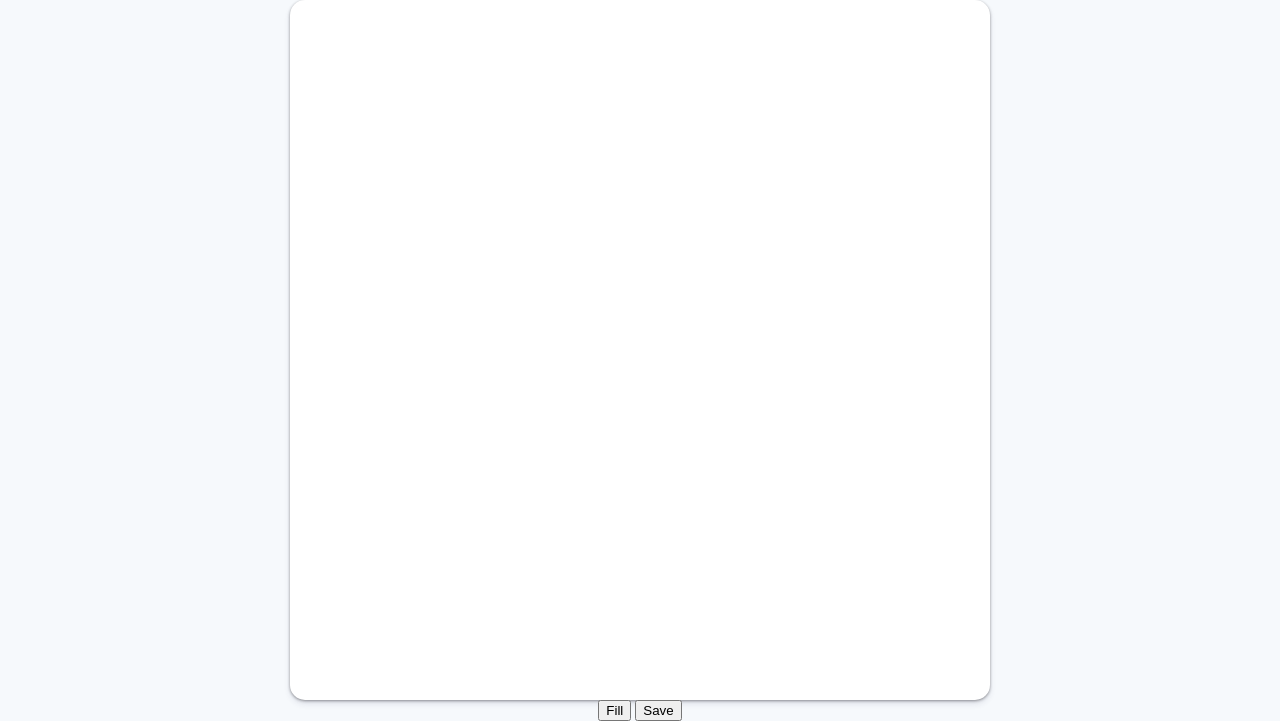
Repository: haleyjung/paintjs
Page: index.html
These files come from the project's save history. The page is drawn as it stood at one moment and after the next save; the edit follows.
The browser window is 1280 px wide. The pictures show the whole page.

Above is the page before, as saved 2020-11-24 22:25:29.

After the next save:
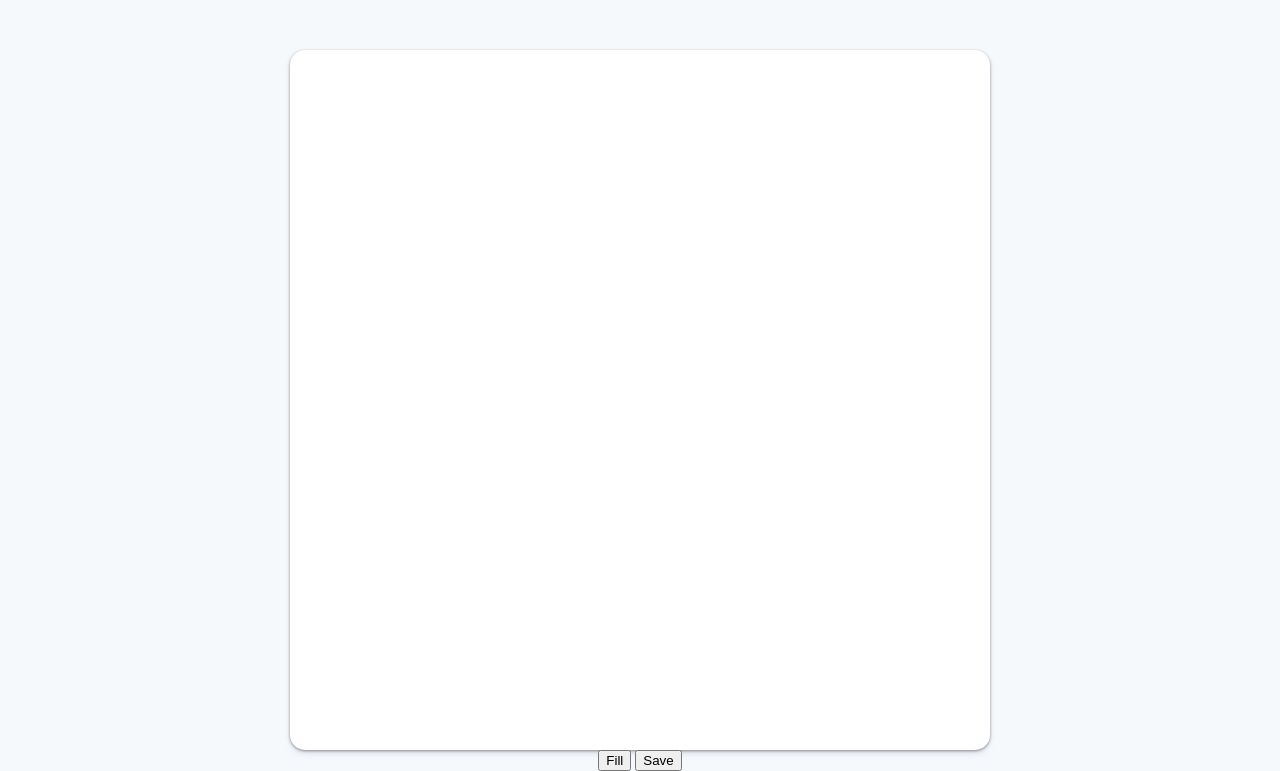
Saved 36 s later.
--- a/style.css
+++ b/style.css
@@ -7,6 +7,7 @@ body {
   display: flex;
   flex-direction: column;
   align-items: center;
+  padding-top: 50px;
 }
 
 .canvas {
